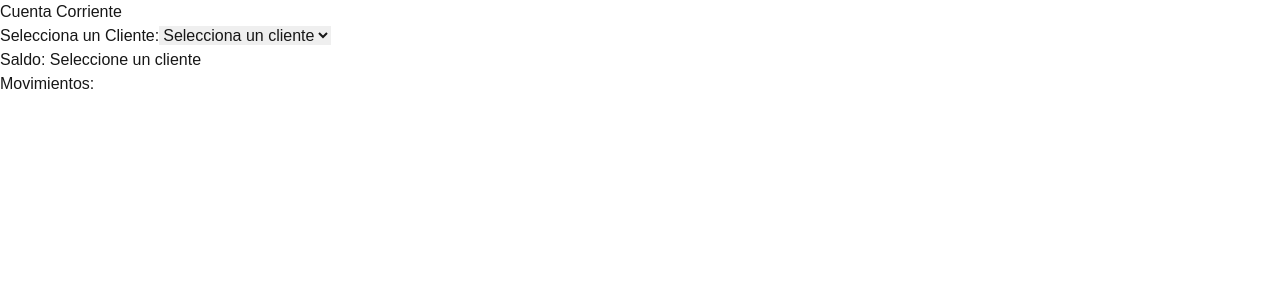
Repository: manucavallera/Sistema-Gestion
Page: /cuenta-corriente
The author's editor kept a copy of each file at every save. The page is drawn from the files as they stood at one save, then again after the next save.
The browser window is 1280 px wide. The pictures show the whole page.
The page's requests for data from a server got no answer. The project was rebuilt for these pictures with package versions that can differ from the ones it lists, and the page was loaded fresh each time. The framework's server and built-in components were replaced by stand-ins that run in the browser. No one was signed in, and anything a server would have sent is missing. Also part of the build but not shown: next.config.mjs.

Above is the page before, as saved 2024-11-01 20:06:35.

After the next save:
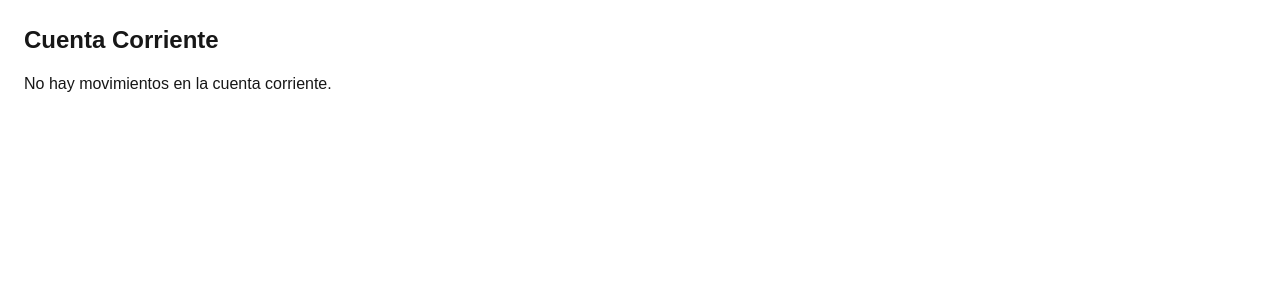
Saved 92 s later.
--- a/src/app/cuenta-corriente/page.tsx
+++ b/src/app/cuenta-corriente/page.tsx
@@ -1,63 +1,88 @@
 // src/app/cuenta-corriente/page.tsx
 "use client";
+
 import { useEffect, useState } from "react";
 
+interface Movimiento {
+  id: number;
+  fecha: string;
+  tipo: string;
+  monto: number;
+  saldo: number;
+  referencia?: string;
+}
+
 function CuentaCorrientePage() {
-  const [saldo, setSaldo] = useState<number | null>(null);
-  const [clienteId, setClienteId] = useState<number | null>(null);
-  const [movimientos, setMovimientos] = useState<any[]>([]); // Cambia 'any' por el tipo adecuado más tarde
+  const [movimientos, setMovimientos] = useState<Movimiento[]>([]);
+  const [loading, setLoading] = useState(true);
 
   useEffect(() => {
-    const fetchSaldo = async () => {
-      if (clienteId) {
-        const response = await fetch(`/api/saldo?clienteId=${clienteId}`);
-        const data = await response.json();
-        setSaldo(data.saldo);
-
-        const movimientosResponse = await fetch(
-          `/api/movimientos?clienteId=${clienteId}`
-        );
-        const movimientosData = await movimientosResponse.json();
-        setMovimientos(movimientosData.movimientos);
+    const fetchMovimientos = async () => {
+      try {
+        const response = await fetch("/api/movimientos");
+        if (response.ok) {
+          const data = await response.json();
+          setMovimientos(data.movimientos);
+        } else {
+          console.error("Error fetching movements:", response.statusText);
+        }
+      } catch (error) {
+        console.error("Error fetching movements:", error);
+      } finally {
+        setLoading(false);
       }
     };
-    fetchSaldo();
-  }, [clienteId]);
 
-  const handleClienteChange = (e: React.ChangeEvent<HTMLSelectElement>) => {
-    setClienteId(Number(e.target.value));
-  };
+    fetchMovimientos();
+  }, []);
 
   return (
-    <div>
-      <h1>Cuenta Corriente</h1>
-      <label htmlFor='cliente'>Selecciona un Cliente:</label>
-      <select
-        id='cliente'
-        onChange={handleClienteChange}
-        value={clienteId ?? ""}
-      >
-        <option value='' disabled>
-          Selecciona un cliente
-        </option>
-        {/* Aquí puedes mapear tus clientes desde el estado o props */}
-        <option value={1}>Cliente 1</option>
-        <option value={2}>Cliente 2</option>
-      </select>
-
-      <div>
-        <h2>Saldo: {saldo !== null ? `$${saldo}` : "Seleccione un cliente"}</h2>
-      </div>
-
-      <h3>Movimientos:</h3>
-      <ul>
-        {movimientos.map((movimiento) => (
-          <li key={movimiento.id}>
-            {movimiento.tipo}: ${movimiento.monto} - {movimiento.tipoPago} -{" "}
-            {new Date(movimiento.createdAt).toLocaleDateString()}
-          </li>
-        ))}
-      </ul>
+    <div className='container mx-auto p-6'>
+      <h1 className='text-2xl font-bold mb-4'>Cuenta Corriente</h1>
+      {loading ? (
+        <p>Cargando movimientos...</p>
+      ) : movimientos.length > 0 ? (
+        <div className='overflow-x-auto'>
+          <table className='table-auto w-full bg-white shadow-md rounded'>
+            <thead>
+              <tr className='bg-gray-200 text-gray-700'>
+                <th className='px-4 py-2'>Fecha</th>
+                <th className='px-4 py-2'>Tipo</th>
+                <th className='px-4 py-2'>Monto</th>
+                <th className='px-4 py-2'>Saldo</th>
+                <th className='px-4 py-2'>Referencia</th>
+              </tr>
+            </thead>
+            <tbody>
+              {movimientos.map((movimiento) => (
+                <tr key={movimiento.id} className='border-b border-gray-200'>
+                  <td className='px-4 py-2'>
+                    {new Date(movimiento.fecha).toLocaleDateString()}
+                  </td>
+                  <td
+                    className={`px-4 py-2 font-semibold ${
+                      movimiento.tipo === "credito"
+                        ? "text-green-600"
+                        : "text-red-600"
+                    }`}
+                  >
+                    {movimiento.tipo === "credito" ? "Crédito" : "Débito"}
+                  </td>
+                  <td className='px-4 py-2'>
+                    ${movimiento.monto.toLocaleString()}
+                  </td>
+                  <td className='px-4 py-2'>
+                    ${movimiento.saldo.toLocaleString()}
+                  </td>
+                  <td className='px-4 py-2'>{movimiento.referencia || "—"}</td>
+                </tr>
+              ))}
+            </tbody>
+          </table>
+        </div>
+      ) : (
+        <p>No hay movimientos en la cuenta corriente.</p>
+      )}
     </div>
   );
 }
